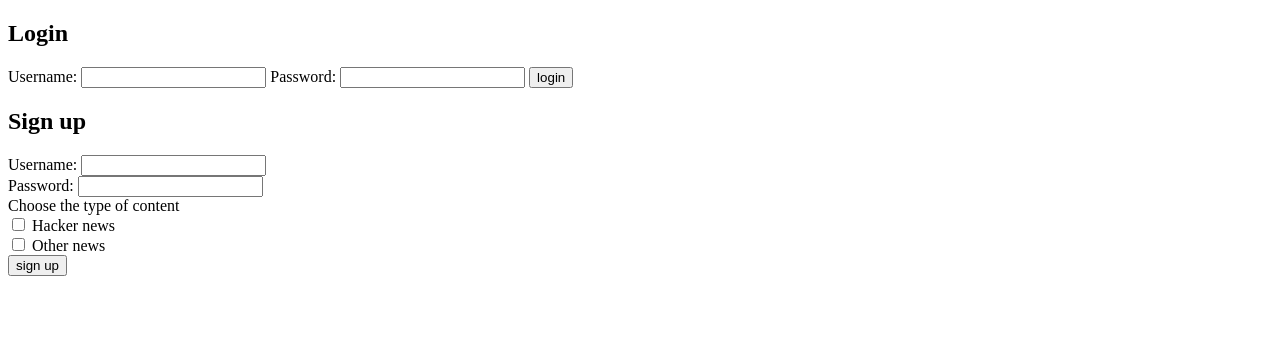
Repository: akshatmaheshwar/HackerNews-Clone
Page: http://localhost/HackerNews/login_page.jsp
The author's editor kept a copy of each file at every save. The page is drawn from the files as they stood at one save, then again after the next save.
The browser window is 1280 px wide. The pictures show the whole page.
The page is served by Tomcat 10. Other server files are loaded and not shown.

Above is the page before, as saved 2023-10-18 09:26:51.

### HackerNews/src/main/webapp/login_page.jsp
<%@ page language="java" contentType="text/html; charset=ISO-8859-1"
    pageEncoding="ISO-8859-1"%>
<!DOCTYPE html>
<html>
<head>
<meta charset="ISO-8859-1">
<title>Hacker News</title>
</head>
<body>
<h2>Login</h2>
<form action="accountservlet" method="post">
        Username: <input type="text" name="username" required>
        Password: <input type="password" name="password" required>
        <input type="submit" value="login">
    </form>

<h2>Sign up</h2>
<form action="signupservlet" method="get">
        Username: <input type="text" name="username" required><br>
        Password: <input type="password" name="password" required><br>
        Choose the type of content<br>
          <input type="checkbox" name="hackernews" value="1">
		  <label for="hackernews"> Hacker news</label><br>
		  <input type="checkbox" name="othernews" value="1">
		  <label for="othernews"> Other news</label><br>
        <input type="submit" value="sign up">
    </form>
</body>
</html>

After the next save:
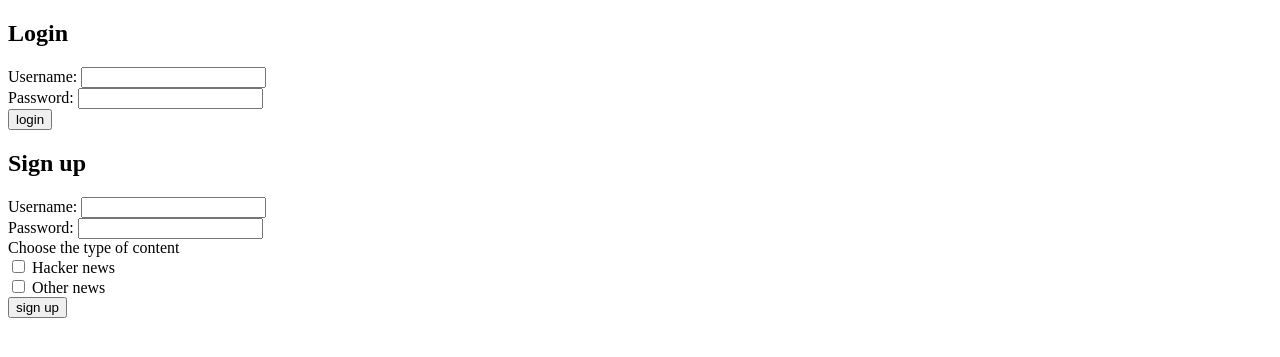
Saved 6 s later.
--- a/HackerNews/src/main/webapp/login_page.jsp
+++ b/HackerNews/src/main/webapp/login_page.jsp
@@ -9,8 +9,8 @@
 <body>
 <h2>Login</h2>
 <form action="accountservlet" method="post">
-        Username: <input type="text" name="username" required>
-        Password: <input type="password" name="password" required>
+        Username: <input type="text" name="username" required><br>
+        Password: <input type="password" name="password" required><br>
         <input type="submit" value="login">
     </form>
 
